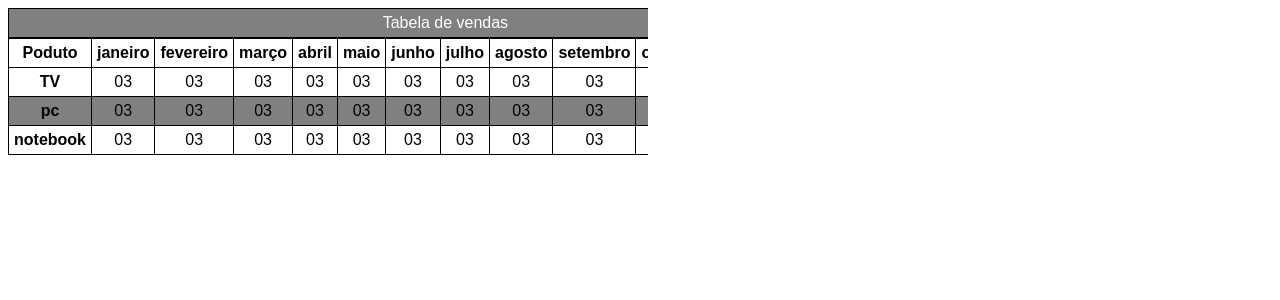
Repository: Lucianorodriguesdev/cursoHTML-CSS
Page: ex024/responsividade-tabela.html
These files come from the project's save history. The page is drawn as it stood at one moment and after the next save; the edit follows.
The browser window is 1280 px wide. The pictures show the whole page.

Above is the page before, as saved 2026-06-24 13:51:03.

### ex024/responsividade-tabela.html
<!DOCTYPE html>
<html lang="pt-br">
<head>
    <meta charset="UTF-8">
    <meta name="viewport" content="width=device-width, initial-scale=1.0">
    <title>Tabela Responsiva</title>
     <style>
        body{
            font-family: Arial, Helvetica, sans-serif;
        }
        table{
            border: 1px solid black;
            width: 400px;
            border-collapse: collapse;
        }
        td,th{
            border: 1px solid black;
            padding: 5px;
            text-align: center;
        }
        tr:nth-child(2n){
            background-color: gray;
        }
        caption{
             border: 1px solid black;
            padding: 5px;
            text-align: center;
            background-color: gray;
            color: white;
        }
        .container{
            width: 50vw;
            overflow: auto;
        }

        /* com esse overflow deixamos a tabela responsiva
            e a largura de 50vw deixamos a tabela mais curta
            para fazer a rolagem para os lados em uma tabela ainda menor */

    </style>
</head>
<body>
    <div class="container">
        <table>
            <caption>Tabela de vendas</caption>
            <thead>
                <tr>
                    <th>Poduto</th>
                    <th>janeiro</th>
                    <th>fevereiro</th>
                    <th>março</th>
                    <th>abril</th>
                    <th>maio</th>
                    <th>junho</th>
                    <th>julho</th>
                    <th>agosto</th>
                    <th>setembro</th>
                    <th>outubro</th>
                    <th>novembro</th>
                    <th>dezembro</th>
                </tr>

            </thead>
            <tbody>
                <tr>
                    <th>TV</th>
                    <td>03</td>
                    <td>03</td>
                    <td>03</td>
                    <td>03</td>
                    <td>03</td>
                    <td>03</td>
                    <td>03</td>
                    <td>03</td>
                    <td>03</td>
                    <td>03</td>
                    <td>03</td>
                    <td>03</td>
                </tr>
                <tr>
                   <th>pc</th>
                    <td>03</td>
                    <td>03</td>
                    <td>03</td>
                    <td>03</td>
                    <td>03</td>
                    <td>03</td>
                    <td>03</td>
                    <td>03</td>
                    <td>03</td>
                    <td>03</td>
                    <td>03</td>
                    <td>03</td>
                </tr>
                <tr>
                   <th>notebook</th>
                    <td>03</td>
                    <td>03</td>
                    <td>03</td>
                    <td>03</td>
                    <td>03</td>
                    <td>03</td>
                    <td>03</td>
                    <td>03</td>
                    <td>03</td>
                    <td>03</td>
                    <td>03</td>
                    <td>03</td>
                </tr>
            </tbody>
        </table>
    </div>

</body>
</html>

After the next save:
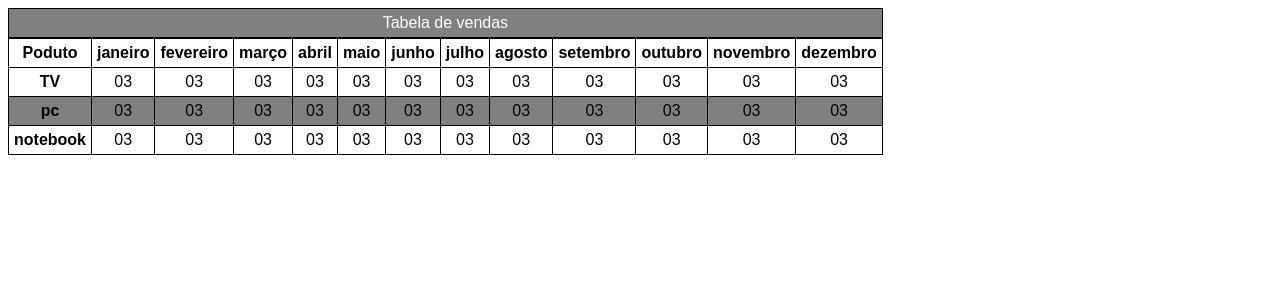
Saved 61 s later.
--- a/ex024/responsividade-tabela.html
+++ b/ex024/responsividade-tabela.html
@@ -29,7 +29,7 @@
             color: white;
         }
         .container{
-            width: 50vw;
+
             overflow: auto;
         }
 
